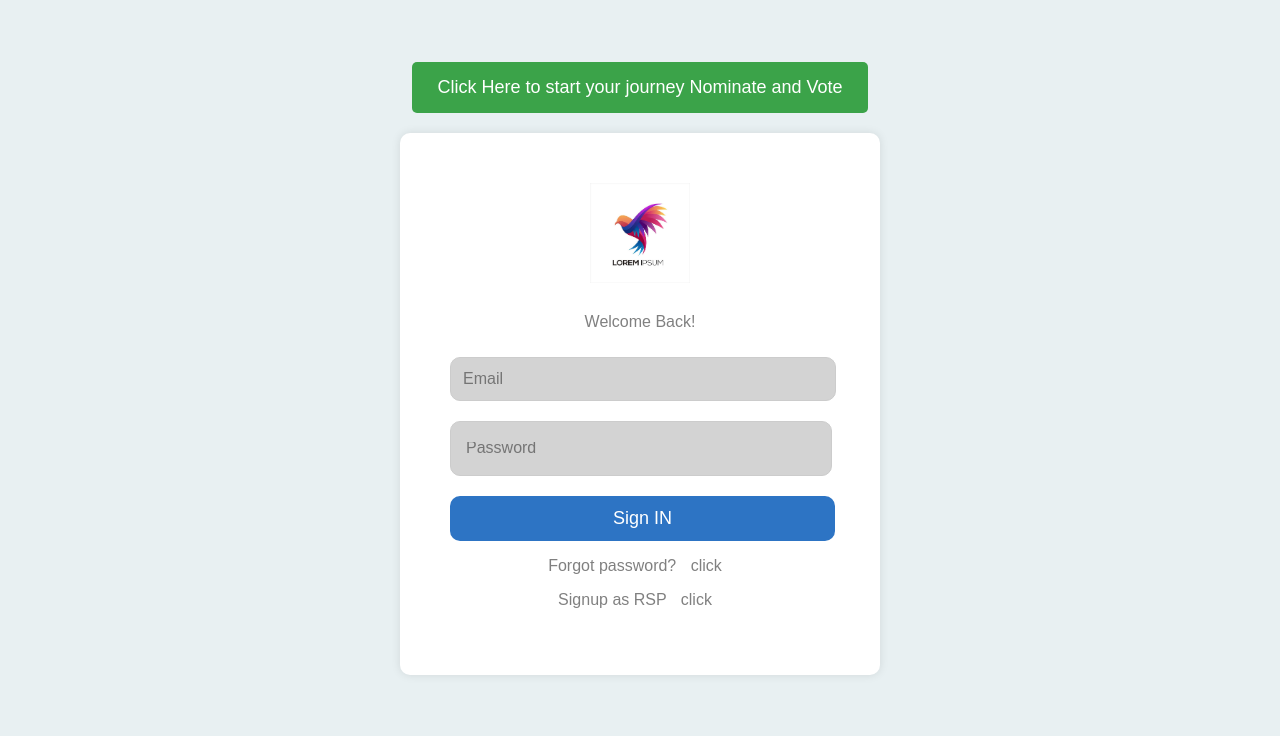
Repository: Femi007-gh/welcome
Page: index.html
These files come from the project's save history. The page is drawn as it stood at one moment and after the next save; the edit follows.
The browser window is 1280 px wide. The pictures show the whole page.
Some web libraries are served in a nearby version.

Above is the page before, as saved 2025-03-10 18:38:38.

### index.html
<!DOCTYPE html>
<html lang="en">
<head>
    <meta charset="UTF-8">
    <meta name="viewport" content="width=device-width, initial-scale=1.0">
    <title>Login Page</title>
    <script src="https://kit.fontawesome.com/a076d05399.js" crossorigin="anonymous"></script>
    <style>
        body {
            font-family: Arial, sans-serif;
            background-color: #e8f0f2;
            display: flex;
            justify-content: center;
            align-items: center;
            height: 100vh;
            flex-direction: column;
        }
        .green-button {
            background-color: #3ba349;
            color: white;
            padding: 15px 25px;
            border: none;
            border-radius: 5px;
            cursor: pointer;
            margin-bottom: 20px;
            font-size: 18px;
        }
        .container {
            background-color: white;
            padding: 50px;
            border-radius: 10px;
            box-shadow: 0 0 10px rgba(0, 0, 0, 0.1);
            text-align: center;
            width: 380px;
        }
        .container img {
            width: 100px;
            margin-bottom: 10px;
        }
        p {
            color: gray;
        }
        input {
            width: calc(100% - 20px);
            padding: 12px;
            margin: 10px 0;
            border: 1px solid #ccc;
            border-radius: 10px;
            font-size: 16px;
            background: #d3d3d3;
        }
        .password-container {
            display: flex;
            align-items: center;
            background: #d3d3d3;
            border: 1px solid #ccc;
            border-radius: 10px;
            padding: 10px;
            width: calc(100% - 20px);
            margin: 10px 0;
        }
        .password-container input {
            border: none;
            outline: none;
            flex: 1;
            background: transparent;
            padding: 5px;
        }
        .password-container i {
            cursor: pointer;
            font-size: 18px;
            margin-left: 10px;
        }
        .sign-in-button {
            background-color: #2d74c4;
            color: white;
            padding: 12px;
            border: none;
            border-radius: 10px;
            cursor: pointer;
            width: 100%;
            font-size: 18px;
            margin-top: 10px;
            width: 385px;
        }
        .links {
            margin-top: 10px;
            font-size: 16px;
        }
        .links a {
            color: gray;
            text-decoration: none;
            margin: 0 10px;
        }
        .links a.underline {
            color: blue;
            text-decoration: underline;
        }
        .fit {
          height: 3px;
        }
    </style>
</head>
<body>
    <button class="green-button">Click Here to start your journey Nominate and Vote</button>
    <div class="container">
        <img src="Logo.jpg" alt="Nigerian Shippers Council Logo">
        <p>Welcome Back!</p>
        <input type="email" placeholder="Email" class="lit">
        <div class="password-container">
            <input type="password" placeholder="Password" class="fit">
        </div>
        <button class="sign-in-button">Sign IN</button>
        <div class="links">
          <p class="forgot">
            Forgot password?
          <a href="#">click</a>
          </p>
          <p class="sign-up">
            Signup as RSP
            <a href="#">click</a>
          </p>
        </div>
    </div>
</body>
</html>

After the next save:
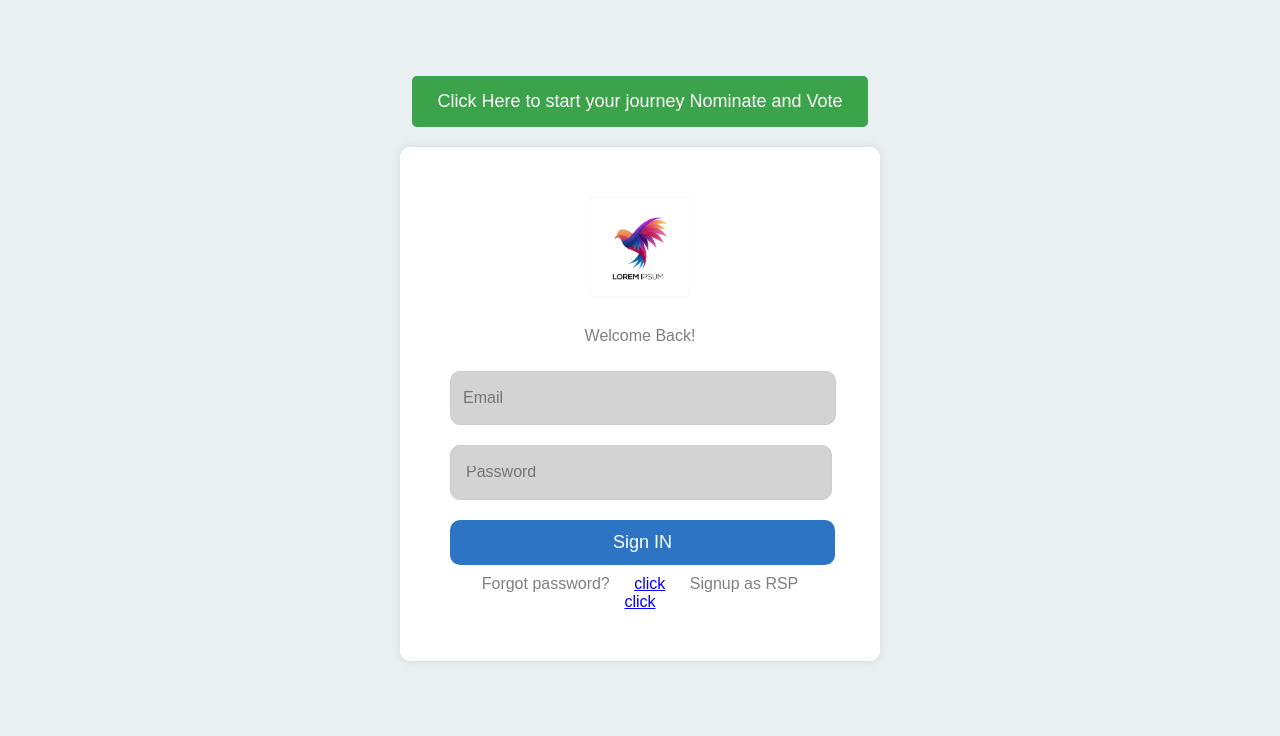
Saved 17 s later.
--- a/index.html
+++ b/index.html
@@ -99,6 +99,12 @@
         .fit {
           height: 3px;
         }
+        .lit{
+          height: 28px;
+        }
+        .under {
+          color:
+        }
     </style>
 </head>
 <body>
@@ -112,14 +118,10 @@
         </div>
         <button class="sign-in-button">Sign IN</button>
         <div class="links">
-          <p class="forgot">
-            Forgot password?
-          <a href="#">click</a>
-          </p>
-          <p class="sign-up">
-            Signup as RSP
-            <a href="#">click</a>
-          </p>
+            <a href="#" class="under">Forgot password? </a>
+            <a href="#" class="underline">click</a>
+            <a href="#" class="under">Signup as RSP</a>
+            <a href="#" class="underline">click</a>
         </div>
     </div>
 </body>
